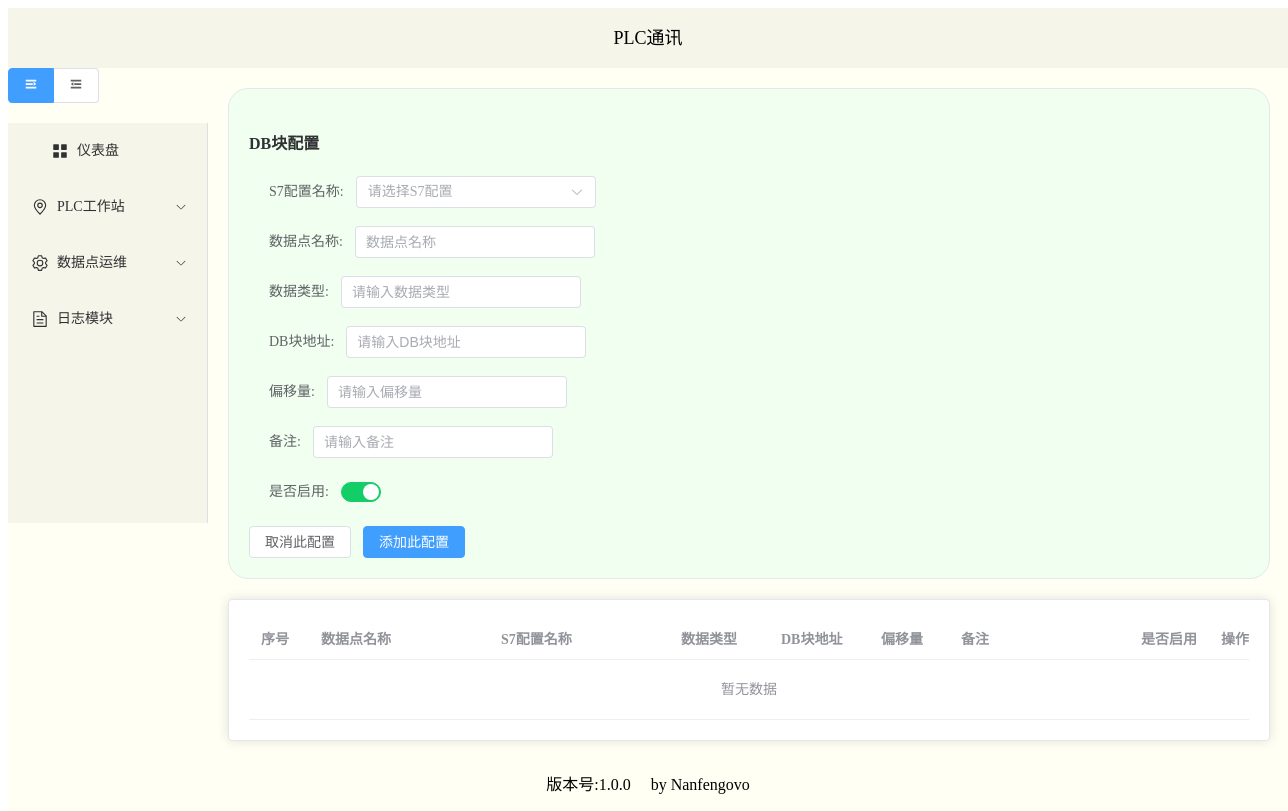
Repository: nanfengovo/HelperWorkStation
Page: /#/frameWork/DataPointOperations/S7/DB (app in HelperWorkStation/plchelper-ui/)
The author's editor kept a copy of each file at every save. The page is drawn from the files as they stood at one save, then again after the next save.
The browser window is 1280 px wide. The page is 1288 px wide, so the pictures cover 1288 px, including what lies to the right of the window. The pictures show the whole page.
The page's requests for data from a server got no answer. The project was rebuilt for these pictures with package versions that can differ from the ones it lists, and the page was loaded fresh each time. No one was signed in, and anything a server would have sent is missing. Also part of the build but not shown: HelperWorkStation/plchelper-ui/vite.config.ts, HelperWorkStation/plchelper-ui/src/views/Login/index.vue.

Above is the page before, as saved 2025-02-15 15:13:21.

After the next save:
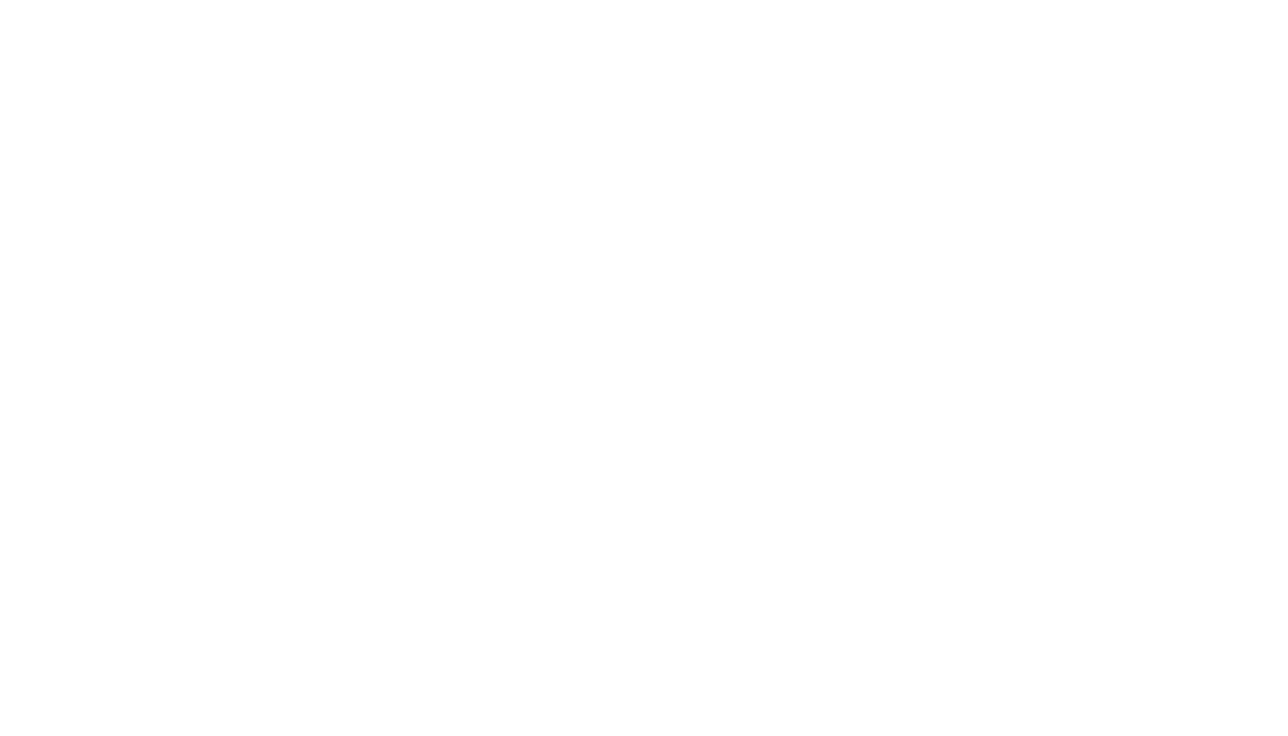
Console error: TypeError: Cannot read properties of undefined (reading 'dbName')
Saved 2 h 25 min later.
--- a/HelperWorkStation/plchelper-ui/src/views/FrameWork/layout/DataPointOperations/S7/DB/index.vue
+++ b/HelperWorkStation/plchelper-ui/src/views/FrameWork/layout/DataPointOperations/S7/DB/index.vue
@@ -150,11 +150,24 @@
         </template>
         </el-dialog>
     </div>
+    <!-- 抽屉:显示监控的数据信息 -->
+    <el-drawer
+                v-model=drawer
+                :title=drawerdata.dbName
+                :data=drawerdata
+                :direction="direction"
+                :before-close="handleClose"
+            >
+            <el-table :data="tableData" style="width: 100%" >
+                <el-table-column fixed prop="Address" label="变量地址" width="100" />
+                <el-table-column prop="result" label="当前值" width="200" />
+            </el-table>
+            </el-drawer>
 </template>
 <script setup lang = "ts">
 import axios from 'axios';
-import { ElMessage, ElMessageBox } from 'element-plus';
-import { onMounted, ref } from 'vue';
+import { ElMessage, ElMessageBox, ElNotification, type DrawerProps } from 'element-plus';
+import { onMounted, onUnmounted, ref } from 'vue';
 
 
 const DBpointConfig = ref({
@@ -176,7 +189,35 @@
 
 const selectedS7ConfigList = ref([]); //S7配置列表
 
-
+//监控
+let intervalId:any= null; // 用于存储定时器的ID
+const drawer = ref(false)
+const direction = ref<DrawerProps['direction']>('rtl')
+    const handleClose = (done: () => void) => {
+ElMessageBox.confirm('确定关闭Modbus变量点监控?')
+    .then(() => {
+        // 清空表数据
+        tableData.value = [];
+        // 停止定时器
+        stopWatchStatus();
+        // 调用done函数关闭抽屉
+        done();
+    })
+    .catch(() => {
+      // catch error
+    })
+}
+
+// 当不再需要实时更新时，可以调用以下函数来清除定时器
+const stopWatchStatus = () => {
+    if (intervalId) {
+    clearInterval(intervalId);
+    intervalId = null;
+    }
+};
+
+    // 组件卸载时停止监控
+    onUnmounted(stopWatchStatus);
 //编辑对话框是否显示
 const editFormVisible = ref(false);
 
@@ -483,6 +524,40 @@
 }
 
 //监控
+const drawerdata = ref<{ id: number, s7Name: string, dbName: string, dbType: string, dbAddress: string, dbOffset: string, remark: string, isOpen: boolean }>();
+const tableData = ref<{remark:string ,result:string}[]>([]);
+const WatchStatus = async (index: number, row: { id: number, s7Name: string, dbName: string, dbType: string, dbAddress: string, dbOffset: string, remark: string, isOpen: boolean }) => {
+    drawer.value = true;
+    drawerdata.value = {...row};
+      // 清除之前的定时器
+        if (intervalId) {
+    clearInterval(intervalId);
+}
+// 设置新的定时器，每隔1秒调用一次
+intervalId = setInterval(async () => {
+    try {
+    const response = await axios.get(`http://127.0.0.1:5264/api/S7ReadAndWrite/ReadDBPoint?id=${row.id}`);
+    if (response.data.code == 200) {
+        const dataFromServer = response.data.data; // 获取后端返回的数据数组
+        tableData.value.push({ remark: drawerdata.value.remark, result: dataFromServer.result });
+        ElMessage({
+        message: "监控Modbus数据点成功!!",
+        type: 'success',
+        });
+    } else {
+        ElMessage({
+        message: response.data.message,
+        type: 'error',
+        });
+    }
+    } catch (error: any) {
+    ElMessage({
+        message: error.message,
+        type: 'error',
+    });
+    }
+  }, 1000); // 设置间隔为1秒
+};
 
 
 </script>

After the 2 saves that followed:
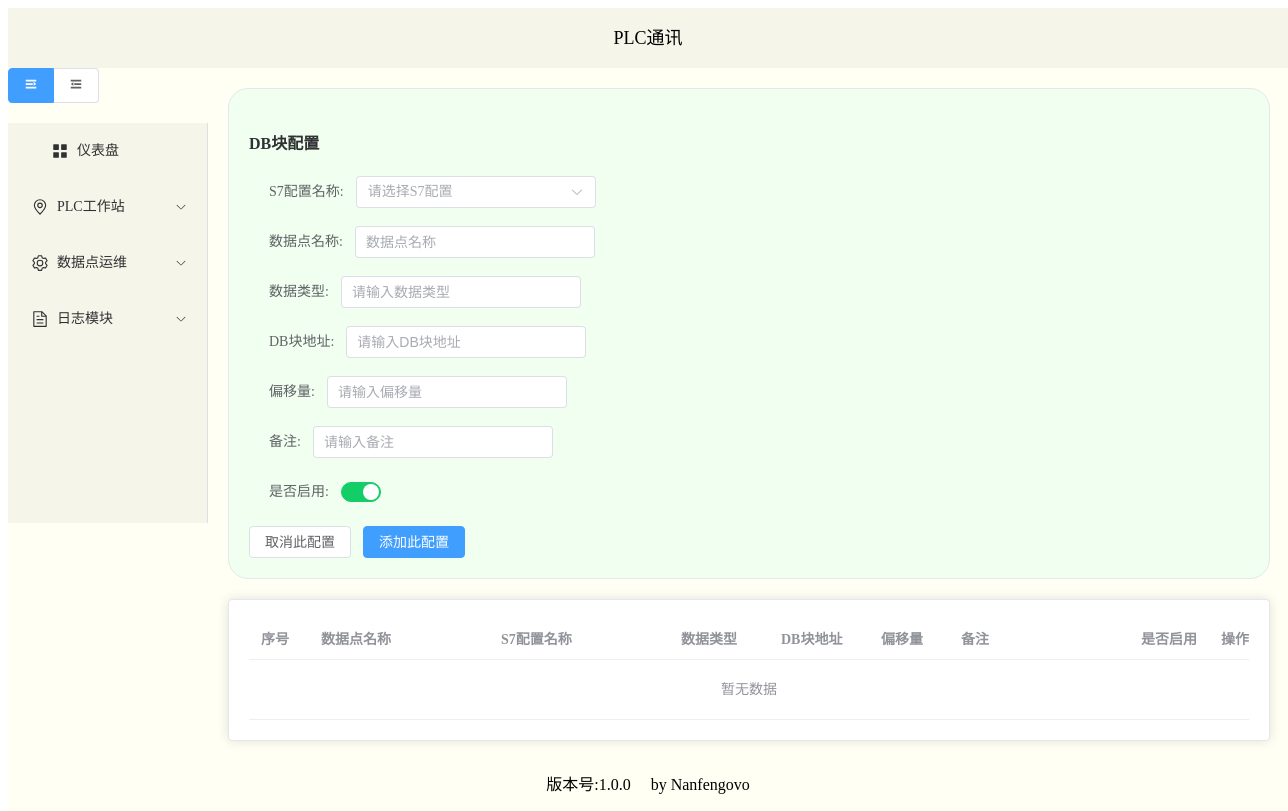
The error is gone.
The 2 saves are shown as one change because 1 left the picture as it was.
The last was saved 3 min 22 s later.
--- a/HelperWorkStation/plchelper-ui/src/views/FrameWork/layout/DataPointOperations/S7/DB/index.vue
+++ b/HelperWorkStation/plchelper-ui/src/views/FrameWork/layout/DataPointOperations/S7/DB/index.vue
@@ -153,7 +153,7 @@
     <!-- 抽屉:显示监控的数据信息 -->
     <el-drawer
                 v-model=drawer
-                :title=drawerdata.dbName
+                :title="drawerdata?.dbName"
                 :data=drawerdata
                 :direction="direction"
                 :before-close="handleClose"
@@ -539,7 +539,9 @@
     const response = await axios.get(`http://127.0.0.1:5264/api/S7ReadAndWrite/ReadDBPoint?id=${row.id}`);
     if (response.data.code == 200) {
         const dataFromServer = response.data.data; // 获取后端返回的数据数组
-        tableData.value.push({ remark: drawerdata.value.remark, result: dataFromServer.result });
+        if (drawerdata.value) {
+            tableData.value.push({ remark: drawerdata.value.remark, result: dataFromServer.result });
+        }
         ElMessage({
         message: "监控Modbus数据点成功!!",
         type: 'success',
